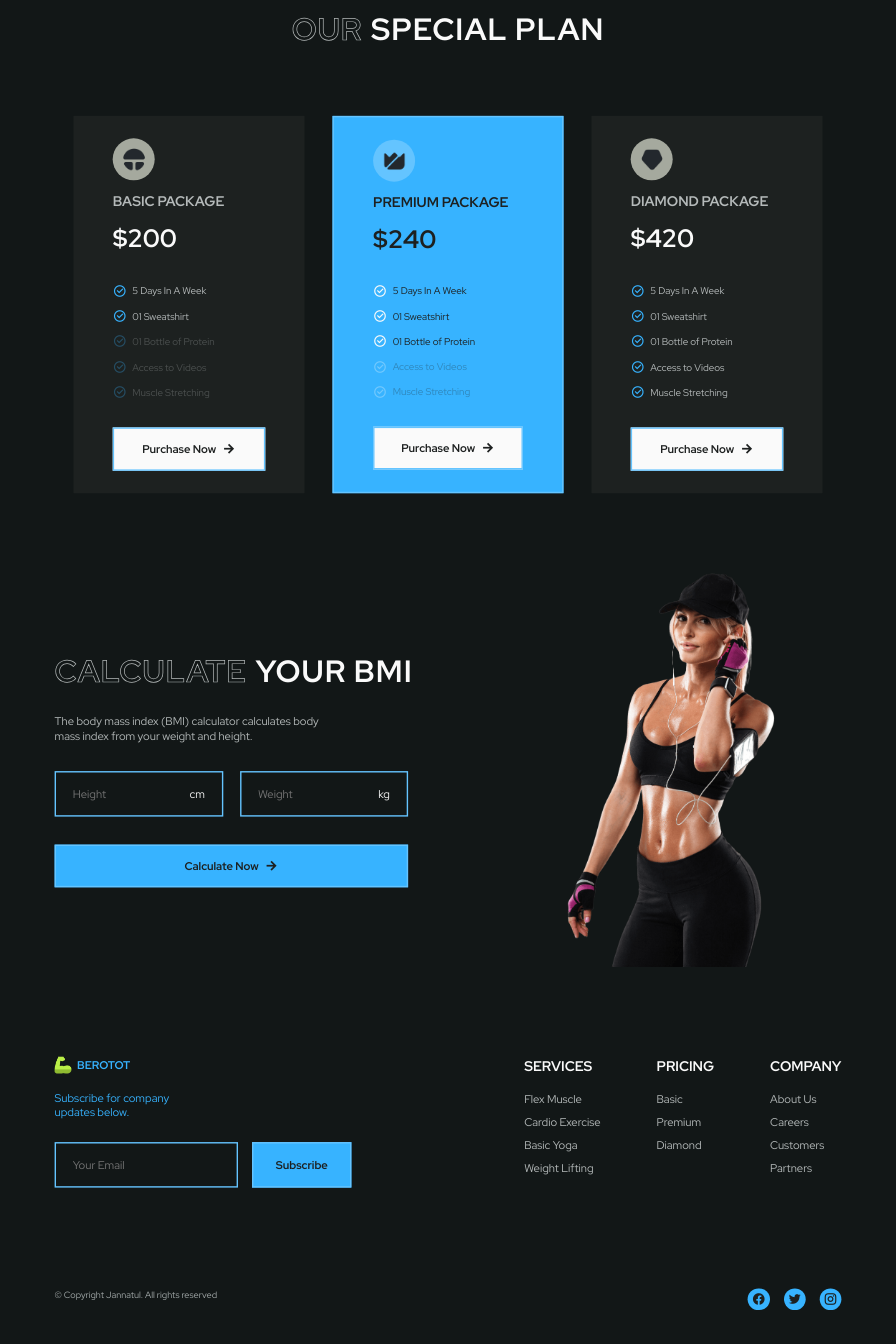
Repository: Jnmim143/gym-website
Page: index.html
An editor plug-in stored every save of this project. The page is shown before and after the next save, followed by the edit.
The browser window is 1280 px wide. The pictures show the part of the page from y = 2461 to 4381 px (the page is 4381 px tall), at 70% of full size.

Above is the page before, as saved 2024-06-26 22:57:46.

After the next save:
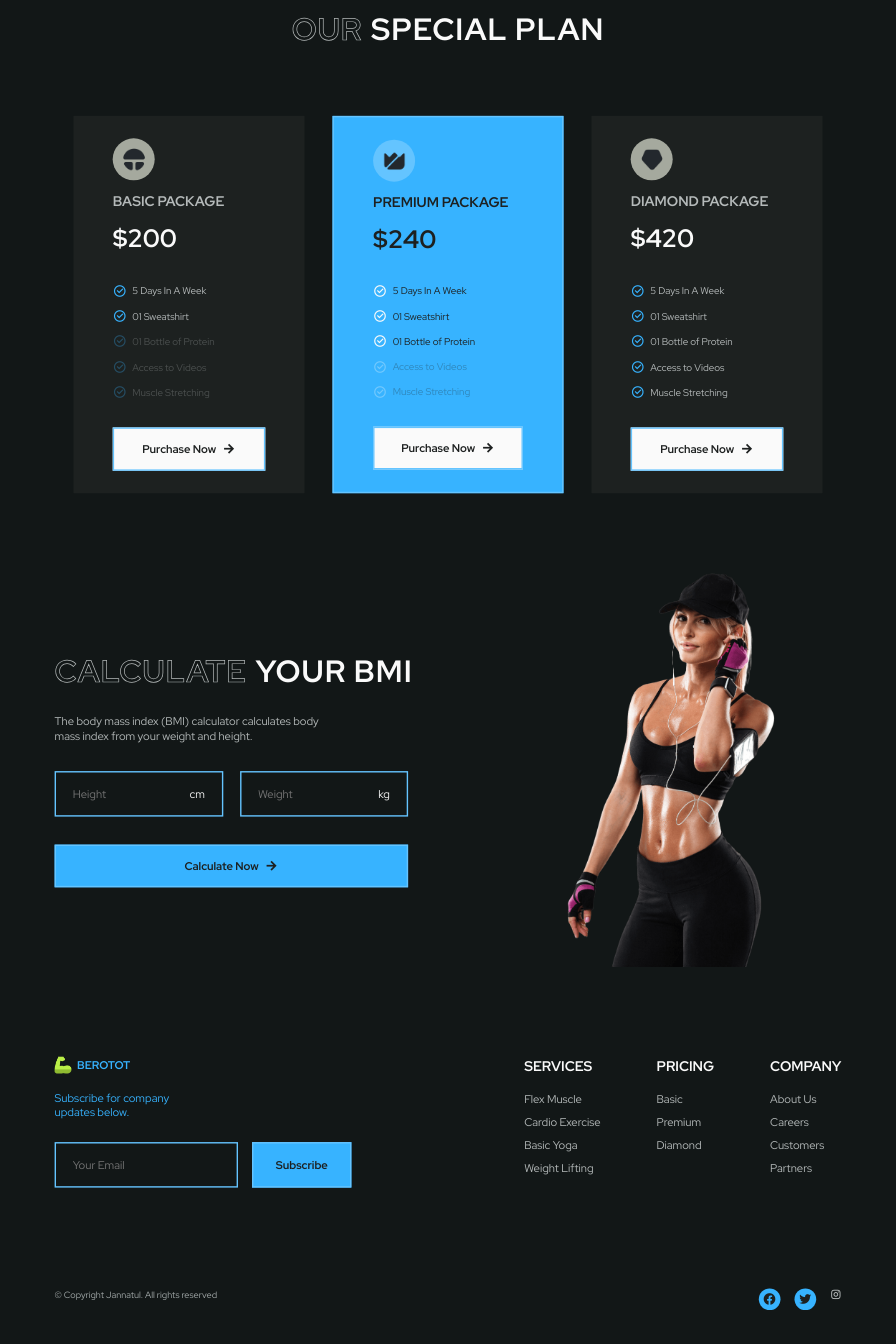
Saved 36 s later.
--- a/index.html
+++ b/index.html
@@ -423,8 +423,8 @@
                     <a href="https://twitter.com/" target="_blank" class="footer__social-link">
                         <i class="ri-twitter-fill"></i>
                     </a>
-                    <a href="https://www.instagram.com/" target="_blank" class="footer__social-link">
-                        <i class="ri-instagram-line"></i>
+                    <!-- <a href="https://www.instagram.com/" target="_blank" class="footer__social-link"> -->
+                    <i class="ri-instagram-line"></i>
                     </a>
                 </ul>
                 <span class="footer__copy">&#169; Copyright Jannatul. All rights reserved</span>

After the save that followed:
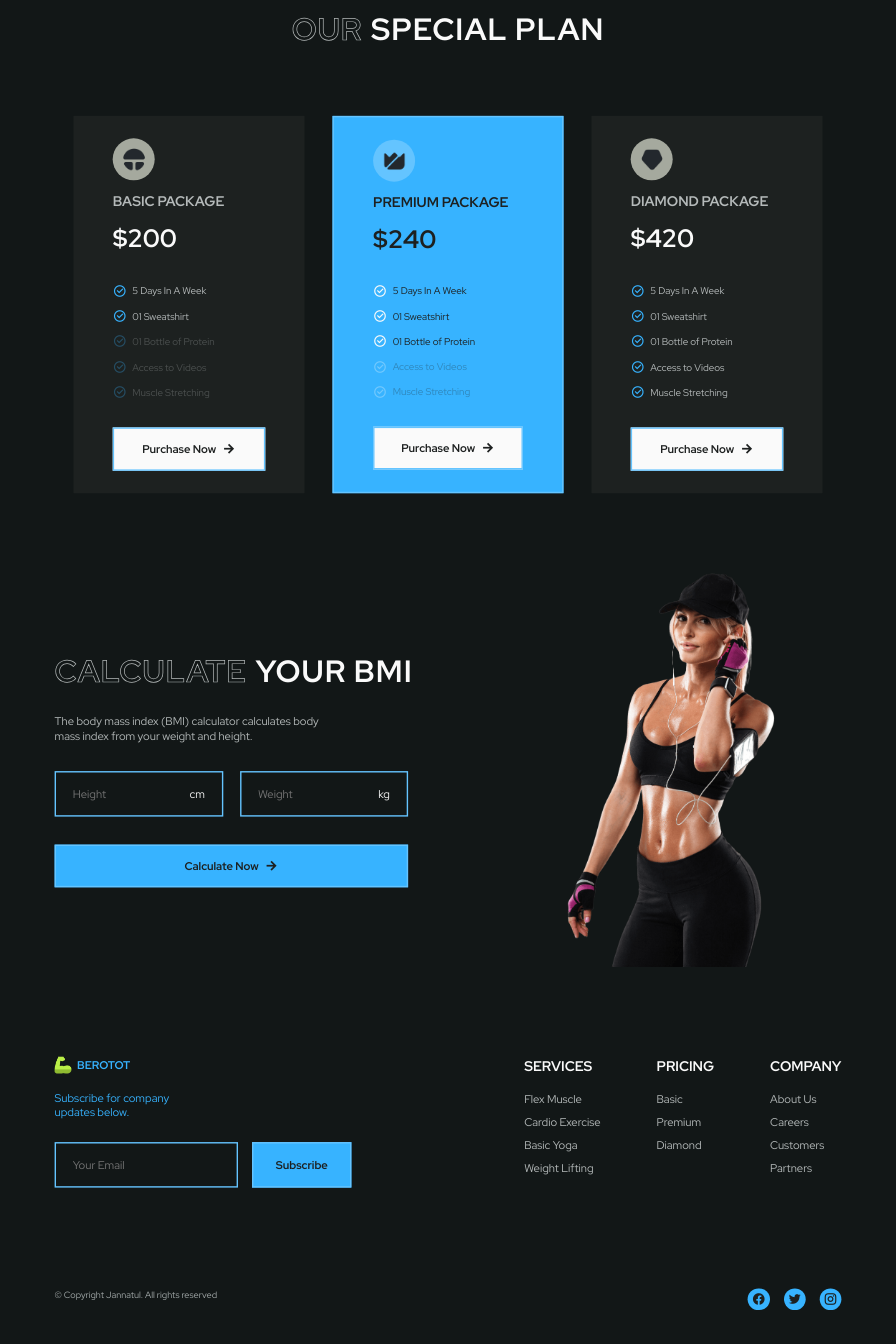
Saved 23 s later.
--- a/index.html
+++ b/index.html
@@ -423,8 +423,8 @@
                     <a href="https://twitter.com/" target="_blank" class="footer__social-link">
                         <i class="ri-twitter-fill"></i>
                     </a>
-                    <!-- <a href="https://www.instagram.com/" target="_blank" class="footer__social-link"> -->
-                    <i class="ri-instagram-line"></i>
+                    <a href="" class="footer__social-link">
+                        <i class="ri-instagram-line"></i>
                     </a>
                 </ul>
                 <span class="footer__copy">&#169; Copyright Jannatul. All rights reserved</span>
